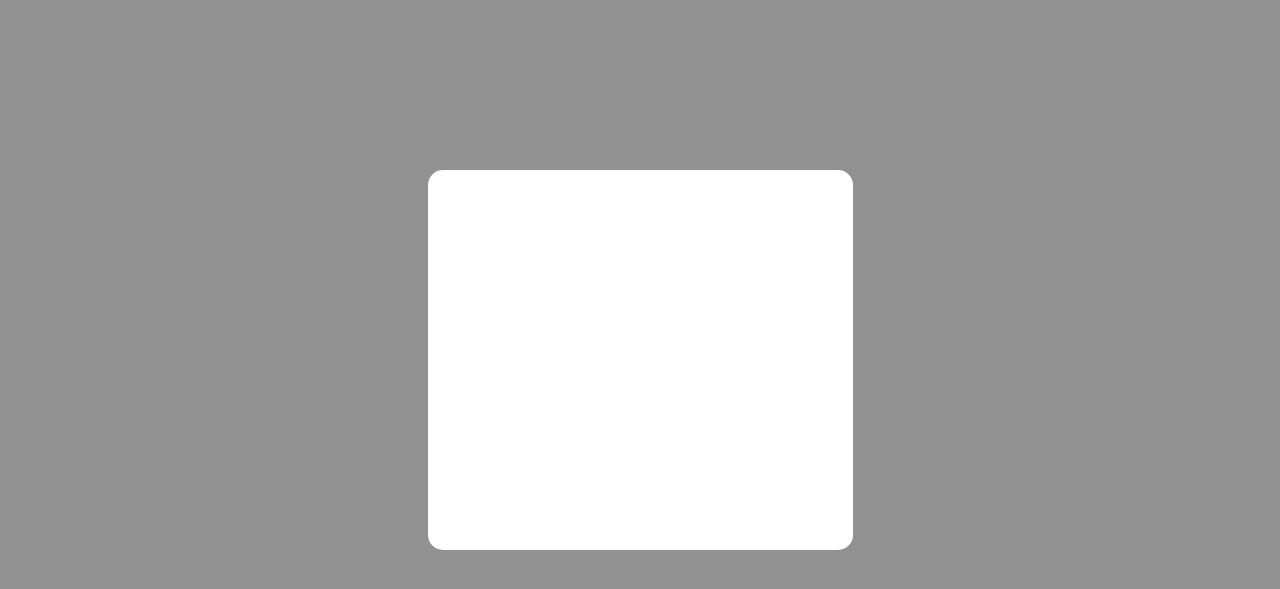
Repository: sjtu-course/homework
Page: GongZening/Week2/Web/LoginPage.html
An editor plug-in stored every save of this project. The page is shown before and after the next save, followed by the edit.
The browser window is 1280 px wide. The pictures show the whole page.

Above is the page before, as saved 2020-11-07 16:10:01.

### GongZening/Week2/Web/LoginPage.html
<!DOCTYPE html>
<html>
    <head>
        <meta charset="utf-8">
        <title>LoginPage</title>
        <link rel="stylesheet" type="text/css" href="css/Round_Rect.css" />
    </head>

    <body style="background-color: #919191;">
        <div>

        </div>
    </body>
</html>

### GongZening/Week2/Web/css/Round_Rect.css
/* #round_rect */
@charset "utf-8";
div{
	width: 425px;
	height: 380px;
	background-color: white;
	border-radius: 15px;
	position: absolute;
	margin: auto;
	top: 0;
	right: 0;
	left: 0;
	bottom: 0;
	/* margin: auto;
	margin-top:5%; */
}

After the next save:
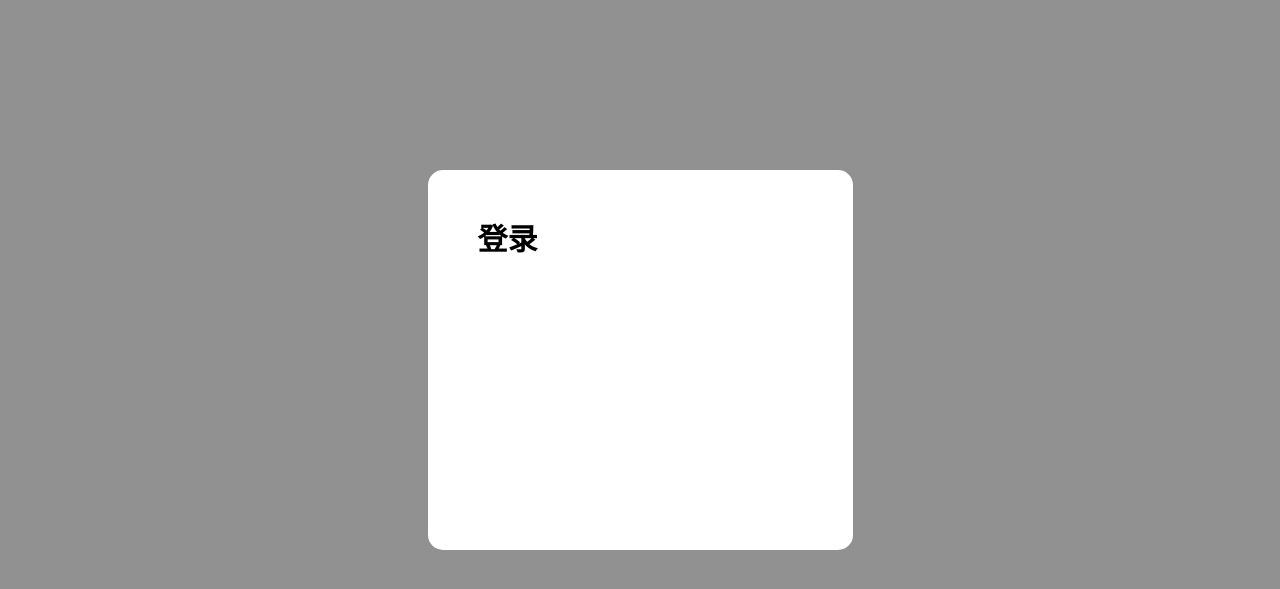
Saved 6 min 9 s later.
--- a/GongZening/Week2/Web/LoginPage.html
+++ b/GongZening/Week2/Web/LoginPage.html
@@ -3,12 +3,23 @@
     <head>
         <meta charset="utf-8">
         <title>LoginPage</title>
+        <style type="text/css">
+            #login{
+                font-size: 30px;
+                color: black;
+                margin-top: 45px;
+                margin-left: 50px;
+            }
+        </style>
+
+
+
         <link rel="stylesheet" type="text/css" href="css/Round_Rect.css" />
     </head>
 
     <body style="background-color: #919191;">
         <div>
-
+            <h1 id="login">登录</h1>
         </div>
     </body>
 </html>
--- a/GongZening/Week2/Web/css/Round_Rect.css
+++ b/GongZening/Week2/Web/css/Round_Rect.css
@@ -4,13 +4,14 @@ div{
 	width: 425px;
 	height: 380px;
 	background-color: white;
+	/* 圆角大小 */
 	border-radius: 15px;
+	/* 位置居中 */
 	position: absolute;
 	margin: auto;
 	top: 0;
 	right: 0;
 	left: 0;
 	bottom: 0;
-	/* margin: auto;
-	margin-top:5%; */
+
 }
